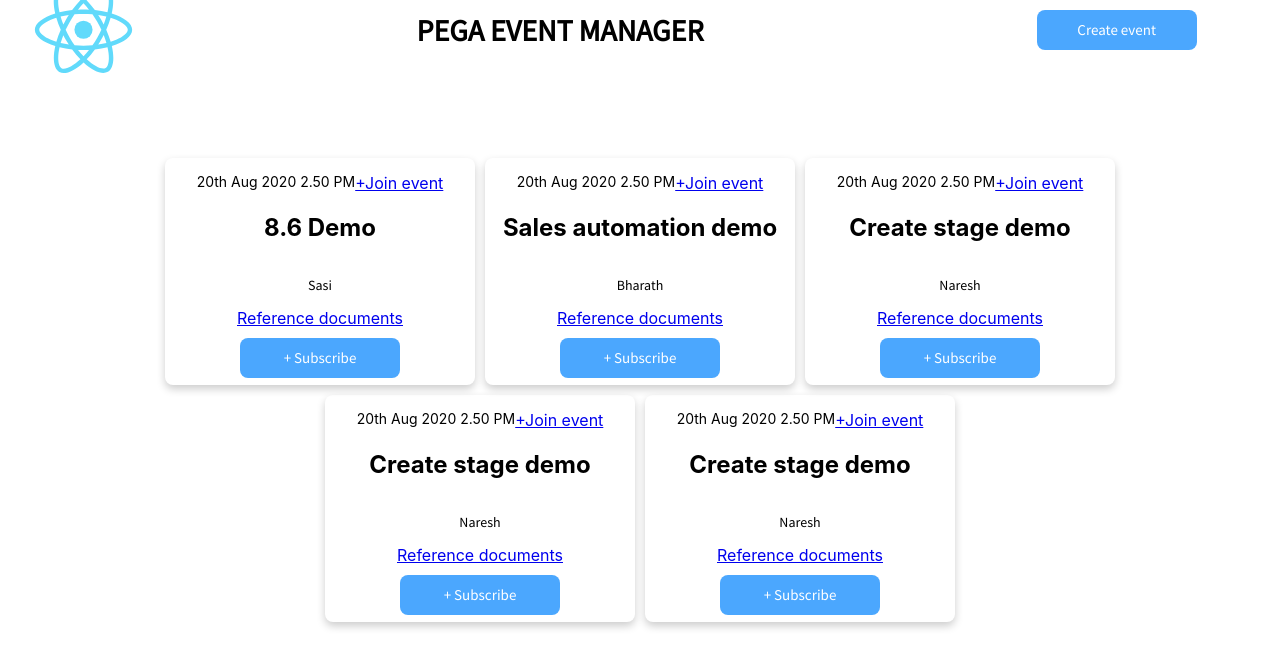
Repository: SasiVeeramachaneni/eventmanager
Page: /
These files come from the project's save history. The page is drawn as it stood at one moment and after the next save; the edit follows.
The browser window is 1280 px wide. The pictures show the whole page.
The project was rebuilt for these pictures with package versions that can differ from the ones it lists, and the page was loaded fresh each time.

Above is the page before, as saved 2020-08-19 20:19:06.

### src/index.js
import React from 'react';
import ReactDOM from 'react-dom';
import './index.css';
import App from './App';
import * as serviceWorker from './serviceWorker';
import './fonts/SourceSansPro-Regular.ttf'

ReactDOM.render(
  <React.StrictMode>
    <App />
  </React.StrictMode>,
  document.getElementById('root')
);

// If you want your app to work offline and load faster, you can change
// unregister() to register() below. Note this comes with some pitfalls.
// Learn more about service workers: https://bit.ly/CRA-PWA
serviceWorker.unregister();

### src/App.js
import React from 'react';
import './App.css';
import logo from './logo.svg';
import Events from './Events';

function App() {
  return (
    <div className="App">
      <div className="header">
        <div className="logo"><img src={logo} alt=""/></div>
        <div className="heading">PEGA EVENT MANAGER</div>
        <div className="logo"><button type="button" className="createbutton">Create event</button></div>
      </div>
      <div className="body">
        <Events />
      </div>

    </div>
  );
}

export default App;

### src/App.css
.App {
  height: 100vh;
  width: 100%;
  display: grid;
  grid-template-rows: 50px 1fr;
}

@font-face {
  font-family: 'SourceSansPro';
  src: local('SourceSansPro'), url(./fonts/SourceSansPro-Regular.ttf) format('truetype');
}


.container {
  padding: 2px 16px;
}

.cardList {
  display: flex;
  flex-direction: row;
  justify-content: center;
  max-width: 1000px;
  flex-wrap: wrap;
}

.header {
  display: flex;
  align-items: stretch;
  justify-content: space-evenly;
  padding-top: 10px;
}

.logo {
  flex-grow: 1;
  display: flex;
  align-items: center;
  justify-content: center;
}

.heading {
  flex-grow: 3;
  display: flex;
  align-items: center;
  justify-content: center;
  font-size: 30px;
  font-weight: bold;
  font-family: SourceSansPro;

}

.createbutton {
  width: 10rem;
  color: #FFF;
  background: #4BA7FE;
  border-radius: 8px;
  font-size: 15px;
  line-height: 24px;
  height: 2.5rem;
  position: relative;
  align-items: center;
  box-sizing: border-box;
  transition: all 0.4s ease-in-out;
  border: none;
  font-family: SourceSansPro;


}

.body {
  align-items: center;
  justify-content: center;
  display: flex;
}

### src/Events.js
import React from 'react';
import './App.css';
import Card from './Card'

const robots = [
    {
      id: 1,
      name: "8.6 Demo",
      username: "Sasi",
      email: "Sincere@april.biz"
    },
    {
      id: 2,
      name: "Sales automation demo",
      username: "Bharath",
      email: "Sincere@april.biz"
    },
    {
      id: 3,
      name: "Create stage demo",
      username: "Naresh",
      email: "Sincere@april.biz"
    },
    {
        id: 4,
        name: "Create stage demo",
        username: "Naresh",
        email: "Sincere@april.biz"
    },
    {
        id: 5,
        name: "Create stage demo",
        username: "Naresh",
        email: "Sincere@april.biz"
    },
  ]

  const CardList = ({ robots }) => {
    const cardsArray = robots.map(robot => (
      <Card
        name={robot.name}
        email={robot.email}
        username={robot.username}
        id={robot.id} />
    ));

    return (
      <div className="cardList">
        {cardsArray}
      </div>
    );
  };

  function Events() {
      return(
        <CardList robots={robots} />
      );
  }

  export default Events;

### src/Card.js
import React from 'react';
import './Card.css';

function Card(props) {
    return (
    <div className="card">
        <div className="inlineCard">
        <div className="topline">
          <div className="time">20th Aug 2020 2.50 PM</div>
          <a href="url">+Join event</a>
        </div>
        <h2>{props.name}</h2>
        <div className="userName">
        <p>{props.username}</p>
        </div>
        <a href="url">Reference documents</a>
        <div className="bottom">
        <button className="subscribe">+   Subscribe</button><br />

        </div>
        </div>
    </div>
    );
}

export default Card;

### src/Card.css
.card {
    box-shadow: 0 4px 8px 0 rgba(0,0,0,0.2);
    transition: 0.3s;
    width: 300px;
    padding: 5px;
    margin-left: 5px;
    margin-right:5px;
    margin-top: 10px;
    border-radius: 8px;
  }

  .card:hover {
    box-shadow: 0 8px 16px 0 rgba(0,0,0,0.2);
  }


  .inlineCard {
    display: flex;
    flex-direction: column;
    align-items: center;
    justify-content: center;
  }

  .topline {
    padding-top: 10px;
    padding-left:5px;
    padding-right: 5px;
    display: flex;
    align-items: flex-start;
    justify-content: space-between;
  }


  .time {
    font-size: 14px;
}

@font-face {
    font-family: 'SourceSansPro';
    src: local('SourceSansPro'), url(./fonts/SourceSansPro-Regular.ttf) format('truetype');
  }


  .userName{
    font-family: SourceSansPro;
    font-size: 14px;

  }
.unsubscribe {
    width: 10rem;
    color: #FFF;
    background: #bbc2c9;
    border-radius: 8px;
    font-size: 15px;
    line-height: 24px;
    height: 2.5rem;
    position: relative;
    align-items: center;
    box-sizing: border-box;
    transition: all 0.4s ease-in-out;
    border: none;
    font-family: SourceSansPro;
    margin-top: 10px;
    margin-bottom: 2px;

  }

  .subscribe {
    width: 10rem;
    color: #FFF;
    background: #4BA7FE;
    border-radius: 8px;
    font-size: 15px;
    line-height: 24px;
    height: 2.5rem;
    position: relative;
    align-items: center;
    box-sizing: border-box;
    transition: all 0.4s ease-in-out;
    border: none;
    font-family: SourceSansPro;
    margin-top: 10px;
    margin-bottom: 2px;

  }

Loaded but not shown: public/index.html (common file); src/index.css (common file); src/serviceWorker.js (common file)

After the next save:
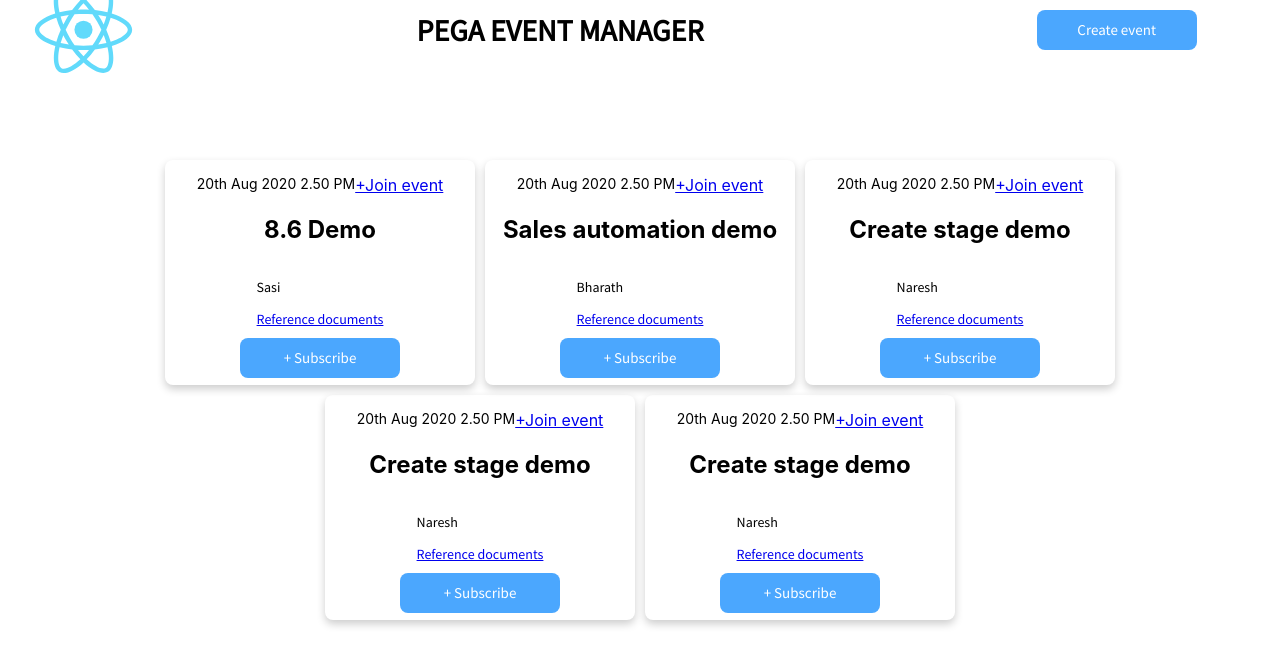
Saved 22 s later.
--- a/src/Card.js
+++ b/src/Card.js
@@ -12,8 +12,8 @@
         <h2>{props.name}</h2>
         <div className="userName">
         <p>{props.username}</p>
+        <a href="url">Reference documents</a>
         </div>
-        <a href="url">Reference documents</a>
         <div className="bottom">
         <button className="subscribe">+   Subscribe</button><br />
 
